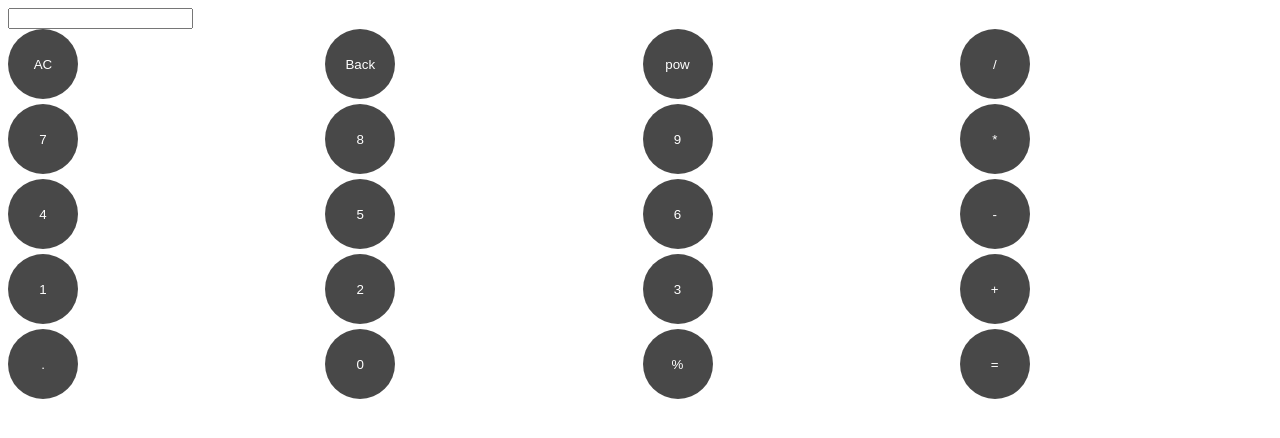
Repository: SakthivelDurai47/calculator
Page: index.html
An editor plug-in stored every save of this project. The page is shown before and after the next save, followed by the edit.
The browser window is 1280 px wide. The pictures show the whole page.

Above is the page before, as saved 2025-04-13 15:09:28.

After the next save:
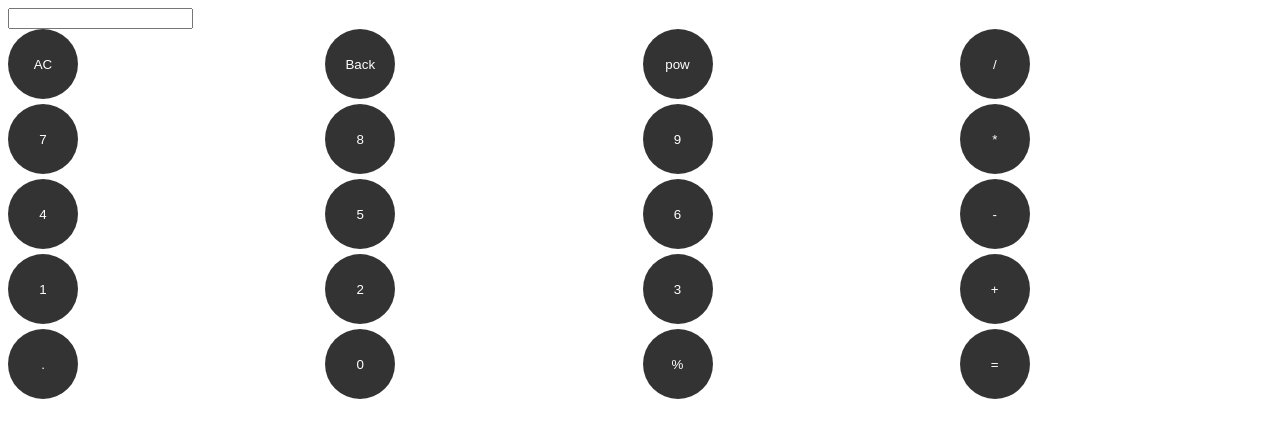
Saved 11 s later.
--- a/styles.css
+++ b/styles.css
@@ -8,6 +8,6 @@ button {
   height: 70px;
   border-radius: 35px;
   border: none;
-  background-color: rgba(0, 0, 0, 0.719);
+  background-color: rgba(0, 0, 0, 0.8);
   color: white;
 }
